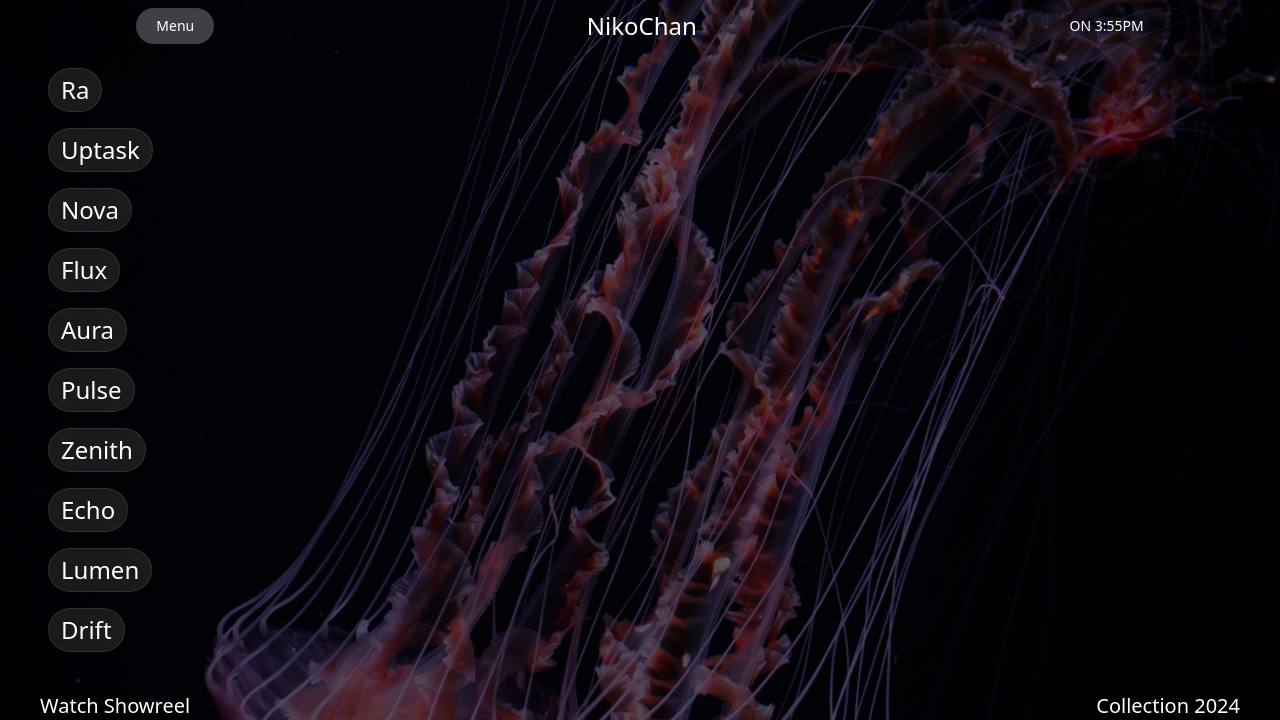
Repository: nikhilsinghrathore1/Niks_indian_local
Page: /
These files come from the project's save history. The page is drawn as it stood at one moment and after the next save; the edit follows.
The browser window is 1280 px wide. The pictures show the whole page.
The project was rebuilt for these pictures with package versions that can differ from the ones it lists, and the page was loaded fresh each time. Also part of the build but not shown: vite.config.ts.

Above is the page before, as saved 2024-08-27 10:53:27.

After the next save:
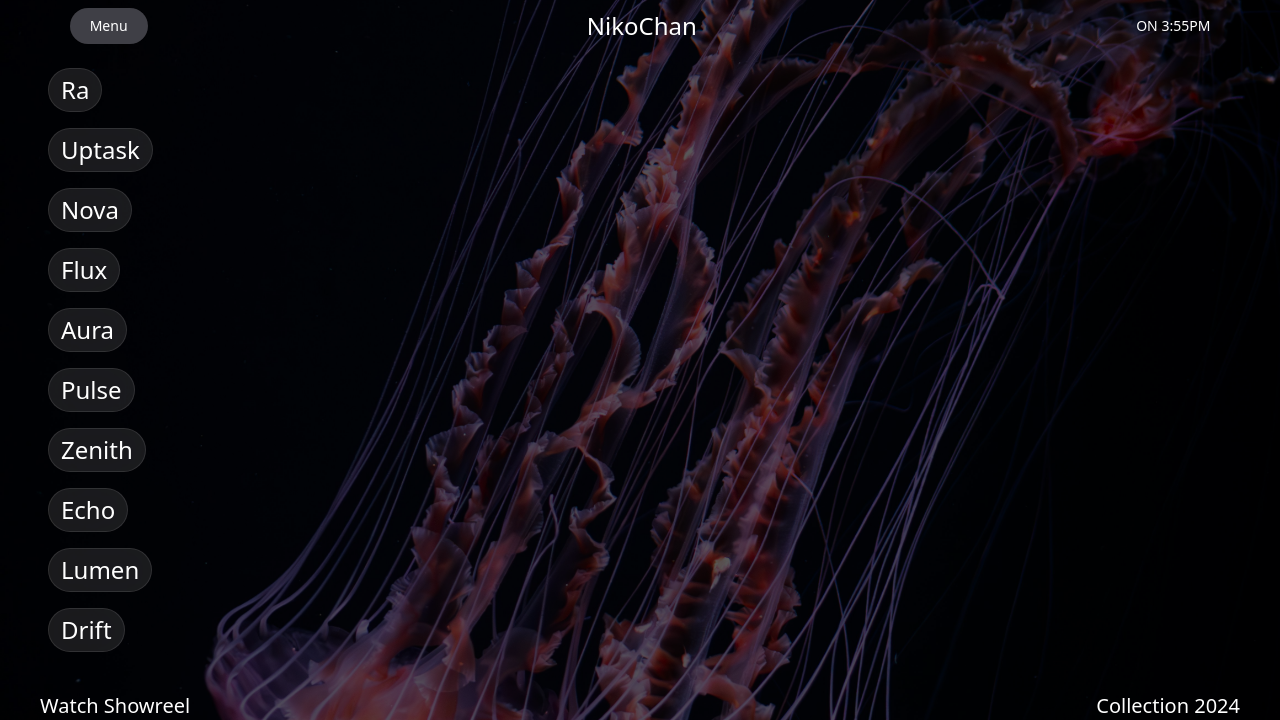
Saved 7 s later.
--- a/src/Components/Landing.tsx
+++ b/src/Components/Landing.tsx
@@ -272,7 +272,7 @@ const Landing: React.FC = () => {
   return (
     <div className='w-full h-screen overflow-hidden fixed text-white bg-black'>
       {/* Nav Bar */}
-      <nav className='w-full fixed flex pt-2 items-center justify-around gap-[100px] text-lg z-50'>
+      <nav className='w-full fixed flex pt-2 items-center justify-around gap-[300px] text-lg z-50'>
         <div className='menu-btn w-fit bg-zinc-700 rounded-full backdrop-blur-md px-5 py-2 cursor-pointer'>
           <h1 className='text-sm'>Menu</h1>
         </div>
